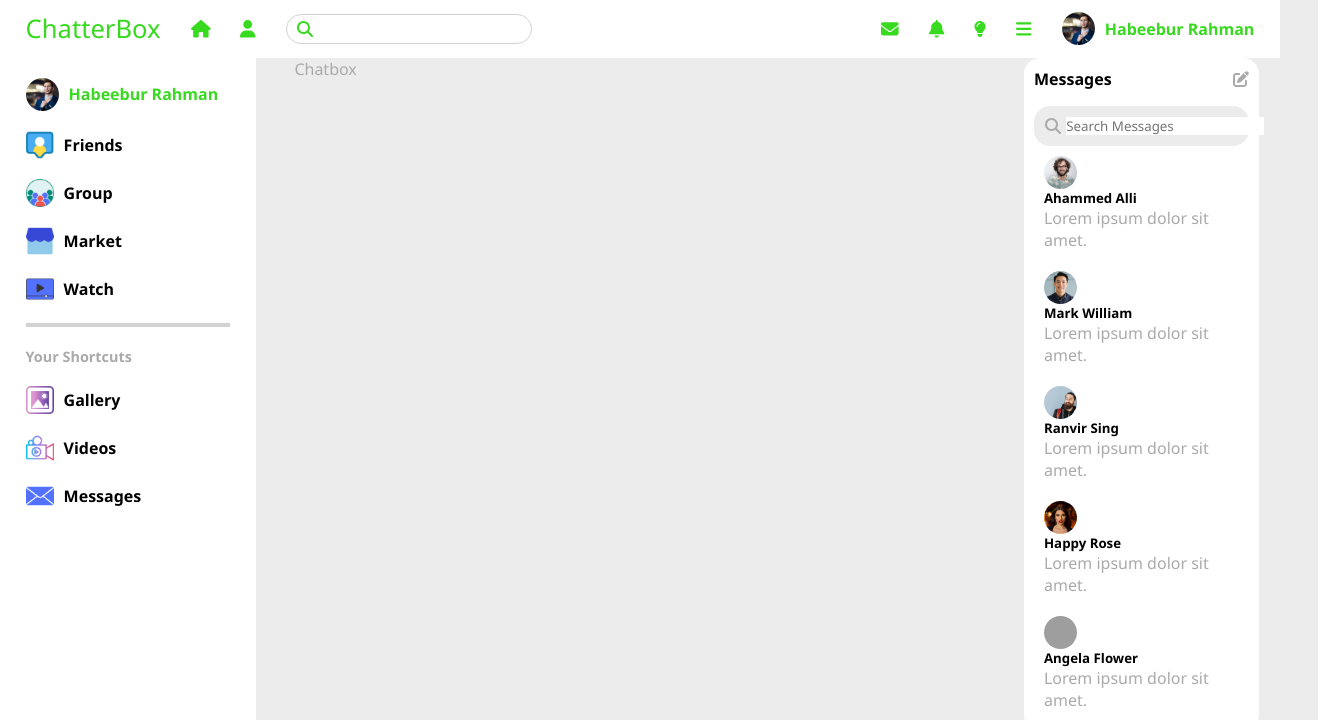
Repository: Habeebur1493/social-media-app
Page: /chatbox/id
These files come from the project's save history. The page is drawn as it stood at one moment and after the next save; the edit follows.
The browser window is 1280 px wide. The page is 1318 px wide, so the pictures cover 1318 px, including what lies to the right of the window. The pictures show the whole page.
Pictures or frames that could not be fetched are drawn as grey boxes. The project was rebuilt for these pictures with package versions that can differ from the ones it lists, and the page was loaded fresh each time. Also part of the build but not shown: vite.config.js, src/pages/login/login.css, src/pages/login/Login.jsx, src/pages/signup/signup.css, src/pages/signup/Signup.jsx, src/pages/home/Home.jsx, src/pages/profile/Profile.jsx.

Above is the page before, as saved 2025-01-29 11:45:14.

### src/App.jsx
import './App.css'
import Layout from './Layout/layout'

function App() {

  return (
    <>
      <Layout />

    </>
  )
}

export default App

### src/App.css
*{
  margin: 0;
  padding: 0;
  box-sizing: border-box;
  text-align: none;
  list-style: none;
  font-family: 'Segoe UI', Tahoma, Geneva, Verdana, sans-serif;
  text-decoration: none;
  outline: none;
  border: none;
}

:root{
  --color-primary:#37da1e;
  --text-color: black;
  --color-bg:rgb(236, 236, 236);
  --color-card: white;
  --color-soft:#aaaaaa;
  --color-border:lightgray;
  --color-red:red;
}

.darkmode{
  --text-color: white;
  --color-bg:black;
  --color-card:#111111;

}

body{
  overflow-x: hidden;
}

.container{
  max-width: 991px;
  width: 100%;
  margin: 0 auto;
}
h1,h2,h3,h4,h5{
  font-weight: 600;
  color: var(--text-color);
}
img{
  width: 100%;
  display: block;
  object-fit: cover;
}
.user{
  display: flex;
  align-items: center;
  gap: 10px;
}
.user img{
  width: 33px;
  aspect-ratio: 1/1;
  border-radius: 50%;
}
.user h4{
  color: var(--color-primary)
}
body{
  background: var(--color-bg);
  color: var(--color-soft);
}
small,p{
  color: var(--color-soft);
}
.btn{
  padding: .6rem 1.6rem;
  display: inline-block;
  width: fit-content;
  cursor: pointer;
  border-radius: .5rem;
  font-size: .9rem;
  font-weight: 500;
  border: none;
  transition: .3s ease;

}
.btn:hover{
  opacity: .7;
}
.btn-primary{
  background: var(--color-primary);
  color: white;
}

.btn-red{
  background: var(--color-red);
  color: white;
}

main{
  display: grid;
  grid-template-columns: 20% 54% 23%;
  gap: 3%;
  width: 100%;
}

### src/Layout/layout.jsx
import React from 'react'

import { createBrowserRouter, Outlet, RouterProvider } from 'react-router-dom'

//Pages.....
import Login from '../pages/login/Login'
import Signup from '../pages/signup/Signup'
import Home from '../pages/home/Home'
import Profile from '../pages/profile/Profile'
import Chatbox from '../pages/chatbox/Chatbox'


//Components.....
import Nav from '../components/nav/Nav'
import LeftBar from '../components/leftbar/LeftBar'
import RightBar from '../components/rightbar/RightBar'

export default function layout() {

//Feed..........
const Feed = () => {
    return (
        <>
        <Nav/>
            <main>
                <LeftBar/>
                <div className="container">
                    <Outlet/>
                </div>
                <RightBar/>
            </main>
        </>
    )
}


    //Router..........
    const router = createBrowserRouter([
        {
            path : '/',
            element : <Feed/>,
            children: [
                {
                    path : '/',
                    element :<Home/>
                },
                {
                    path : '/profile/:id',
                    element :<Profile/>
                },
                {
                    path : '/chatbox/:id',
                    element :<Chatbox/>
                },
               ]
        },

        {
            path : '/login',
            element : <Login/>
        },
        {
            path : '/signup',
            element : <Signup/>
        },
    ])


    return (
        <>
            <RouterProvider router={router} />
        </>
    )
}

### src/pages/chatbox/Chatbox.jsx
import React from 'react'

export default function Chatbox(){
  return (
    <div>
        Chatbox
    </div>
  )
}

### src/components/nav/Nav.jsx
import React from 'react'
import './nav.css'
import { Link } from 'react-router-dom'

//Fake API............

import CurrentUser from '../../FackApis/CurrentUserData'

//Components............

import Darkmode from '../darkmod/Darkmode'

// FontAwesome Icons............
import { FontAwesomeIcon } from '@fortawesome/react-fontawesome'
import { faSearch, faHome, faUser, faEnvelope, faBell, faBars } from '@fortawesome/free-solid-svg-icons'


export default function Nav() {
  return (
    <nav>
      <div className="nav-container">
        {/* ............Nav Left........ */}
        <div className="nav-left">
          <Link to='/'>
            <h3 className='logo'>ChatterBox</h3>
          </Link>
          <Link to='/'>
            <FontAwesomeIcon icon={faHome}/>
          </Link>
          <Link to='/profile/id'>
            <FontAwesomeIcon icon={faUser}/>
          </Link>
          <div className="Nav-Searchbar">
            <FontAwesomeIcon icon={faSearch}/>
            <input type="search" />
          </div>
        </div>
{/* ............Nav Right........ */}
        <div className="nav-right">
          <Link to='/chatbox/id'>
            <FontAwesomeIcon icon={faEnvelope}/>
          </Link>
          <Link to='/'>
            <FontAwesomeIcon icon={faBell}/>
          </Link>
          <Darkmode/>
          <Link to='/'>
            <FontAwesomeIcon icon={faBars}/>
          </Link>
          <div className="user">
            <img src={CurrentUser.map(user => (user.ProfieImage))} alt="" />
            <h4>Habeebur Rahman</h4>
          </div>
        </div>
      </div>
    </nav>
  )
}

### src/components/leftbar/LeftBar.jsx
import React from 'react'
import './leftbar.css'
import { Link } from 'react-router-dom'


//Components.......
import CurrentUser from '../../FackApis/CurrentUserData'

//Icon Image......
import Friend from '../../assets/icon/1.png'
import Group from '../../assets/icon/2.png'
import Market from '../../assets/icon/3.png'
import Watch from '../../assets/icon/4.png'
import Gallery from '../../assets/icon/5.png'
import Videos from '../../assets/icon/6.png'
import Messages from '../../assets/icon/7.png'

export default function LeftBar() {
  return (
    <div className='leftbar'>
      <div className="left-container">
        <div className="menu">
          <Link to='/profile/id'>
          <div className="user">
            <img src={CurrentUser.map(user=>(user.ProfieImage))} alt="" />
            <h4>Habeebur Rahman</h4>
          </div>
          </Link>
          <Link to='/'>
          <div className="item">
            <img src={Friend} alt="" />
            <h4>Friends</h4>
          </div>
          </Link>
          <Link to='/'>
          <div className="item">
            <img src={Group} alt="" />
            <h4>Group</h4>
          </div>
          </Link>
          <Link to='/'>
          <div className="item">
            <img src={Market} alt="" />
            <h4>Market</h4>
          </div>
          </Link>
          <Link to='/'>
          <div className="item">
            <img src={Watch} alt="" />
            <h4>Watch</h4>
          </div>
          </Link>

        </div>
          <hr />
        <div className="menu">
          <h4 className='others'>Your Shortcuts</h4>
          <Link to='/'>
          <div className="item">
            <img src={Gallery} alt="" />
            <h4>Gallery</h4>
          </div>
          </Link>
          <Link to='/'>
          <div className="item">
            <img src={Videos} alt="" />
            <h4>Videos</h4>
          </div>
          </Link>
          <Link to='/'>
          <div className="item">
            <img src={Messages} alt="" />
            <h4>Messages</h4>
          </div>
          </Link>
        </div>
      </div>
    </div>
  )
}

### src/components/rightbar/RightBar.jsx
import React from 'react'
import './rightbar.css'

//Components.......
import Message from '../message/Message'
import FriendReq from '../friendReq/FriendReq'


export default function RightBar() {
  return (
    <div className='rightbar'>
      <div className="rightbar-container">
        <Message/>
        <FriendReq/>
      </div>
    </div>
  )
}

### src/components/nav/nav.css
nav{
    height: 3.6rem;
    display: flex;
    align-items: center;
    justify-content: center;
    border-bottom: 1px solid var (--color-border);
    color: var(--color-primary);
    position: sticky;
    z-index: 10;
    background: var(--color-card);
    top: 0;
}

.nav-container{
    width: 96%;
    display: flex;
    align-items: center;
    justify-content: space-between;
}
.nav-container a{
    color: var(--color-primary);
    font-size: 1.1rem;
}
.nav-left{
    display: flex;
    align-items: center;
    gap: 30px
}

.logo{
    color: var(--color-primary);
    font-size: 1.6rem;
    font-weight: 400;
}

.Nav-Searchbar{
    display: flex;
    align-items: center;
    gap: 10px;
    border: 1px solid var(--color-border);
    border-radius: 2rem;
    padding: 5px 10px;
}

.Nav-Searchbar input{
    background: transparent;
    color: var(--color-primary);
}
.nav-right{
    display: flex;
    align-items: center;
    gap: 30px;
}

/* Media Queries */

@media(max-width: 768px) {
     nav .user{
        display: none;
     }
     .nav-container a{
        font-size: 1rem;
     }
     .nav-container .logo{
        font-size: 1.3rem;
     }
     .Nav-Searchbar{
        border: none;
        padding: 0;
     }
     .Nav-Searchbar input{
        display: none;
     }
     .nav-left, .nav-right{
        gap: 20px;
     }
}

### src/FackApis/CurrentUserData.js

import ProfieImage from '../assets/img/CurentProfile.jpeg';
import CoverPhoto from '../assets/img/CoverPhotos.jpg';

const CurrentUser = [
    {
        id: 'me',
        name : 'Habeebur Rahman',
        username: '@theHabeebur',
        ProfieImage: ProfieImage,
        CoverPhoto: CoverPhoto
    }
];

export default CurrentUser;

### src/components/darkmod/Darkmode.jsx
import React from 'react'
import './darkmode.css'


// FontAwesome Icon........


import { FontAwesomeIcon } from '@fortawesome/react-fontawesome'
import { faLightbulb } from '@fortawesome/free-solid-svg-icons'

export default function Darkmode() {

  const Darkmode = () => {
    document.querySelector('body').classList.toggle('darkmode');
  }
  return (
    <div className='dark-mood-icon'>
        <FontAwesomeIcon icon={faLightbulb}
        onClick={Darkmode} />
    </div>
  )
}

### src/components/leftbar/leftbar.css
.leftbar{
    position: sticky;
    top: 3.6rem;
    background: var(--color-card);
    height: calc(100vh -3.6rem);
    overflow: auto;
}
.leftbar::-webkit-scrollbar{
    display: none;
}
.left-container{
    width: 80%;
    margin: 0 auto;
}
.left-container .user{
    margin-top: 20px;
}

.left-container .item{
    display: flex;
    align-items: center;
    gap: 10px;
    margin: 20px 0;
}
.left-container .item img{
    width: 28px;
}

hr{
    background: var(--color-border);
    border: none;
    height: 4px;
    margin-bottom: 20px;
}
.others{
    color: var(--color-soft);
    font-size: .9rem;
}

/* Media Quries */

@media (max-width: 1024px){
    .left-container{
        width: fit-content;
    }
    .left-container h4{
        display: none;
    }
}

@media (max-width:991px){
    .leftbar{
        display: none;
    }
}

### src/components/rightbar/rightbar.css
.rightbar{
    height: calc(100vh - 3.6rem);
    /* background: var(--color-card); */
    position: sticky;
    top: 3.6rem;
    overflow: auto;
}

.rightbar::-webkit-scrollbar{
    display: none;
}
.rightbar-container{
    width: 80%;
}

### src/components/message/Message.jsx
import React from 'react'
import { Link } from 'react-router-dom'

import './message.css'

//Fack Api.............

import MessageData from '../../FackApis/MessageData'

// Font Awesome Icons............

import { FontAwesomeIcon } from '@fortawesome/react-fontawesome'
import { faSearch, faHome, faUser, faEnvelope, faBell, faBars, faEdit } from '@fortawesome/free-solid-svg-icons'

export default function Message() {
  return (
    <div className='message'>
      <div className="message-top">
        <h4>Messages</h4>
        <FontAwesomeIcon icon={faEdit}/>
      </div>
      <div className="message-search">
        <FontAwesomeIcon icon={faSearch}/>
        <input type="search" placeholder='Search Messages'/>
      </div>
      <div className="border-div"></div>

      {
        MessageData.map((message) => (
          <Link to='/chatbox/id'>
            <div className="message" key={message.id}>
              <div className="user">
                <img src={message.img} alt="" />
                <div className="green-active"></div>
              </div>
              <div className="message-body">
                <h5>{message.name}</h5>
                <p>{message.mText}</p>
              </div>
            </div>
          </Link>
        ))
      }
    </div>
  )
}

### src/components/friendReq/FriendReq.jsx
import React from 'react'

export default function FriendReq() {
  return (
    <div>FriendReq</div>
  )
}

### src/components/darkmod/darkmode.css
.dark-mood-icon:{
    transition: .3s ease;
}

.dark-mood-icon:hover{
    transform: scale(1.2);

}

### src/components/message/message.css
.message{
    background: var(--color-card);
    margin: 0px auto;
    border-radius: 1rem;
    padding: 10px;
}

.message-top{
    display: flex;
    align-items: center;
    justify-content: space-between;
    margin-bottom: 1rem;
}

.message-search{
    background: var(--color-bg);
    display: flex;
    gap: 5px;
    align-items: center;
    border-radius: 1rem;
    padding: .7rem;
}

### src/FackApis/MessageData.js

import MeessageImage1 from '../assets/img/MessageProfile1.png'
import MeessageImage2 from '../assets/img/MessageProfile2.jpg'
import MeessageImage3 from '../assets/img/MessageProfile4.jpg'
import MeessageImage4 from '../assets/img/MessageProfile5.jpg'
import MeessageImage5 from '../assets/img/MessageProfile6.jpg'


const Messages =[
    {
        id: 1,
        name: 'Ahammed Alli',
        img: MeessageImage1,
        mText: 'Lorem ipsum dolor sit amet.'
    },
    {
        id: 2,
        name: 'Mark William',
        img: MeessageImage2,
        mText: 'Lorem ipsum dolor sit amet.'
    },
    {
        id: 3,
        name: 'Ranvir Sing',
        img: MeessageImage3,
        mText: 'Lorem ipsum dolor sit amet.'
    },
    {
        id: 4,
        name: 'Happy Rose',
        img: MeessageImage4,
        mText: 'Lorem ipsum dolor sit amet.'
    },
    {
        id: 5,
        name: 'Angela Flower',
        img: MeessageImage5,
        mText: 'Lorem ipsum dolor sit amet.'
    },
];


export default Messages;

Loaded but not shown: index.html (common file); src/main.jsx (common file)

After the next save:
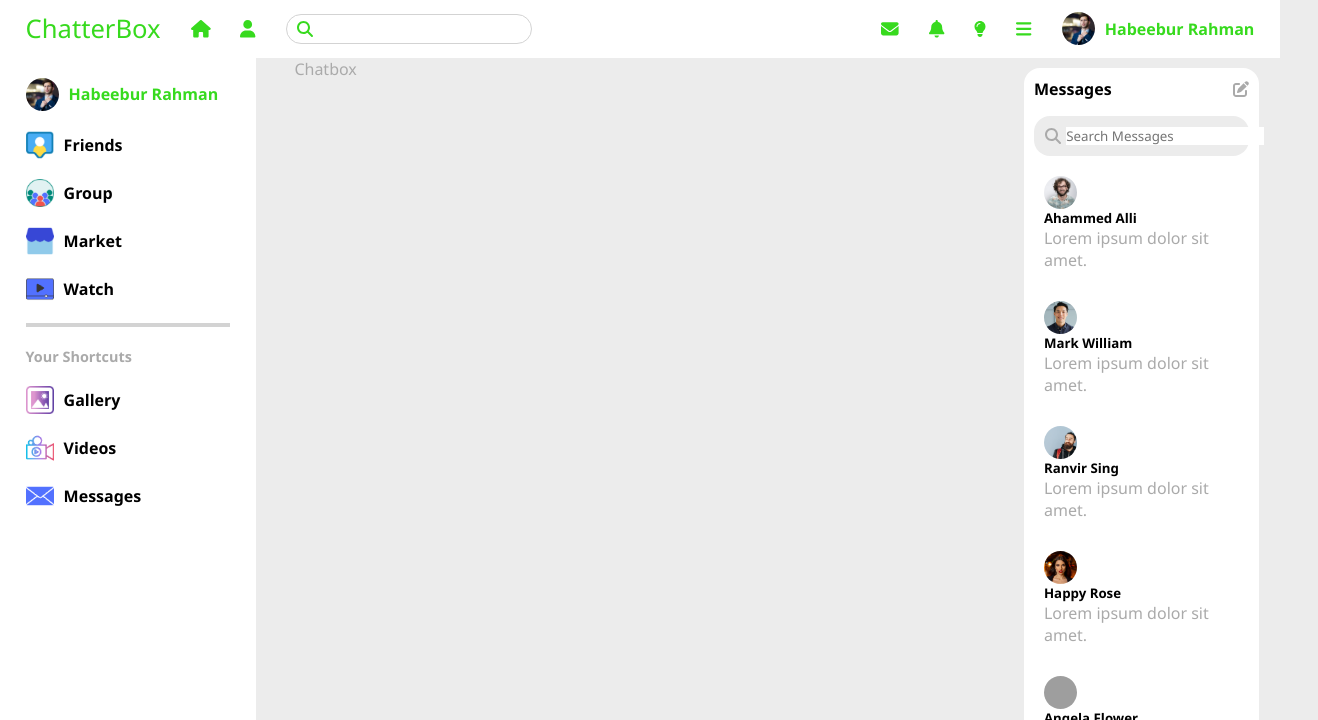
Saved 12 s later.
--- a/src/components/message/message.css
+++ b/src/components/message/message.css
@@ -1,6 +1,6 @@
 .message{
     background: var(--color-card);
-    margin: 0px auto;
+    margin: 10px auto;
     border-radius: 1rem;
     padding: 10px;
 }
